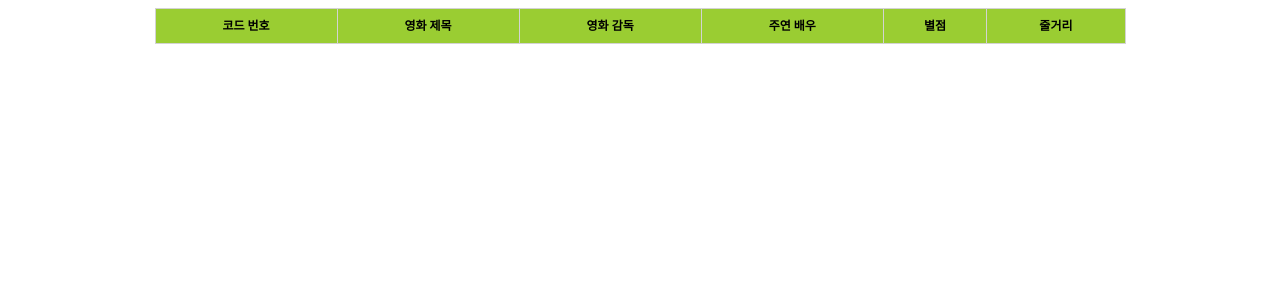
Repository: ghlcjf/home
Page: http://localhost/movieHome/movieList
The author's editor kept a copy of each file at every save. The page is drawn from the files as they stood at one save, then again after the next save.
The browser window is 1280 px wide. The pictures show the whole page.
The page is served by Tomcat 9. Other server files are loaded and not shown. Queries for data that is not in the repository find no rows.

Above is the page before, as saved 2022-12-06 13:54:10.

### movieHome/WebContent/movie/movieList.jsp
<%@ page language="java" contentType="text/html; charset=UTF-8"
    pageEncoding="UTF-8"%>
<%@ taglib prefix="c" uri="http://java.sun.com/jsp/jstl/core" %>
<!DOCTYPE html>
<html>
<head>
<meta charset="UTF-8">
<title>Insert title here</title>
<link type="text/css" href="style/product.css" rel="stylesheet">
</head>
<body>
<div id="wrap">
	<table>
		<tr>
			<th>코드 번호</th>
			<th>영화 제목</th>
			<th>영화 감독</th>
			<th>주연 배우</th>
			<th>별점</th>
			<th>줄거리</th>
		</tr>

	</table>
</div>

</body>
</html>

### movieHome/src/com/green/controller/MovieListServlet.java
package com.green.controller;

import java.io.IOException;
import java.util.List;

import javax.servlet.ServletException;
import javax.servlet.annotation.WebServlet;
import javax.servlet.http.HttpServlet;
import javax.servlet.http.HttpServletRequest;
import javax.servlet.http.HttpServletResponse;

import com.green.dao.MovieDao;
import com.green.dto.MovieDto;


@WebServlet("/movieList")
public class MovieListServlet extends HttpServlet {

	protected void doGet(HttpServletRequest request, HttpServletResponse response) throws ServletException, IOException {
		// dao에서 받아온 리스트를 movieList.jsp로 보내줄 메서드
		MovieDao dao = MovieDao.getInstance();
		List<MovieDto> lists = dao.movieAllSelect();

		request.setAttribute("lists", lists);
		request.getRequestDispatcher("movie/movieList.jsp").forward(request, response);

	}


	protected void doPost(HttpServletRequest request, HttpServletResponse response) throws ServletException, IOException {
		// TODO Auto-generated method stub
		doGet(request, response);
	}

}

### movieHome/src/com/green/dao/MovieDao.java
package com.green.dao;

import java.sql.Connection;
import java.sql.ResultSet;
import java.sql.Statement;
import java.util.ArrayList;
import java.util.List;

import com.green.db.DBManager;
import com.green.dto.MovieDto;

public class MovieDao {

	private MovieDao () {}
	private static MovieDao dao = new MovieDao();
	public static MovieDao getInstance() {
		return dao;
	}
	public List<MovieDto> movieAllSelect() {
		List<MovieDto> lists = new ArrayList<>();

		String sql = "SELECT * FROM movieTbl ORDER BY code DESC";
		Connection conn = null;
		Statement stmt = null;
		ResultSet rs = null;

		try {
			conn = DBManager.getConnection();
			stmt = conn.createStatement();
			rs = stmt.executeQuery(sql);

			while(rs.next()) {
				MovieDto mto = new MovieDto();
				mto.setCode(rs.getInt("code"));
				mto.setName(rs.getString("name"));
				mto.setDirector(rs.getString("director"));
				mto.setActor(rs.getString("actor"));
				mto.setPictureurl(rs.getString("pictureurl"));
				mto.setStar(rs.getInt("star"));
				mto.setStory(rs.getString("story"));
				lists.add(mto);
			}

		}catch(Exception e) {
			e.printStackTrace();
		}finally {
			DBManager.close(conn, stmt, rs);
		}

		return lists;
	}

}

### movieHome/src/com/green/db/DBManager.java
package com.green.db;

import java.sql.Connection;
import java.sql.DriverManager;
import java.sql.ResultSet;
import java.sql.Statement;


public class DBManager {

	public static Connection getConnection() throws Exception {

		Class.forName("oracle.jdbc.driver.OracleDriver");
		Connection conn = DriverManager.getConnection(
				"jdbc:oracle:thin:@localhost:1521:XE",
				"GREEN",
				"1234");

		return conn;

	}

	public static void close(Connection conn, Statement stmt, ResultSet rs) {

		try {
			if(rs!=null) {rs.close();}
			if(stmt!=null) {stmt.close();}
			if(conn!=null) {conn.close();}
		}catch(Exception e) {
			e.printStackTrace();
		}
	}


	public static void close(Connection conn, Statement stmt) {

		try {
			if(stmt!=null) {stmt.close();}
			if(conn!=null) {conn.close();}
		}catch(Exception e) {
			e.printStackTrace();
		}
	}
}

### movieHome/WebContent/style/product.css
@charset "UTF-8";


#wrap{
	width:971px;
	margin:0 auto;
}

h1{
	color:green;
}
table {
	width:100%;
	border-collapse:collapse;
	font-size:12px;
	line-height:24px;
	text-align:center;
}
td,th{
	border:#d3d3d3 solid 1px;
	padding:5px;
}
th{
	background-color:yellowgreen;
}
img{
	width:220px;
	height:300px;
}
a{
	text-decoration:none;
	color:black;
}
a:hover{
	text-decoration:underline;
	color:green;
}

After the next save:
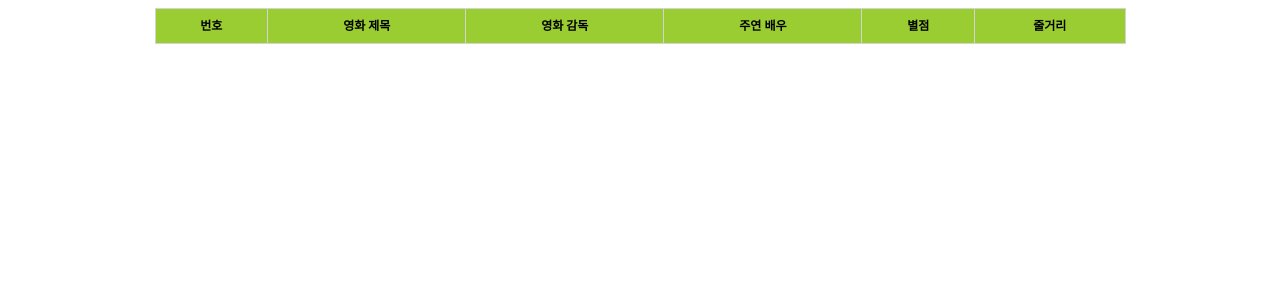
Saved 4 min 17 s later.
--- a/movieHome/WebContent/movie/movieList.jsp
+++ b/movieHome/WebContent/movie/movieList.jsp
@@ -12,14 +12,28 @@
 <div id="wrap">
 	<table>
 		<tr>
-			<th>코드 번호</th>
+			<th>번호</th>
 			<th>영화 제목</th>
 			<th>영화 감독</th>
 			<th>주연 배우</th>
 			<th>별점</th>
 			<th>줄거리</th>
 		</tr>
-
+		<c:forEach items="${lists}" var="movie" varStatus="s">
+			<tr>
+				<td>${s.count}</td>
+				<td>${movie.name}</td>
+				<td>${movie.director}</td>
+				<td>${movie.actor}</td>
+				<td>${movie.star}</td>
+				<td>${movie.story}</td>
+			</tr>
+			<tr>
+				<td colspan="6">
+					<a href="movieInsert">영화 등록하기</a>
+				</td>
+			</tr>
+		</c:forEach>
 	</table>
 </div>
 
